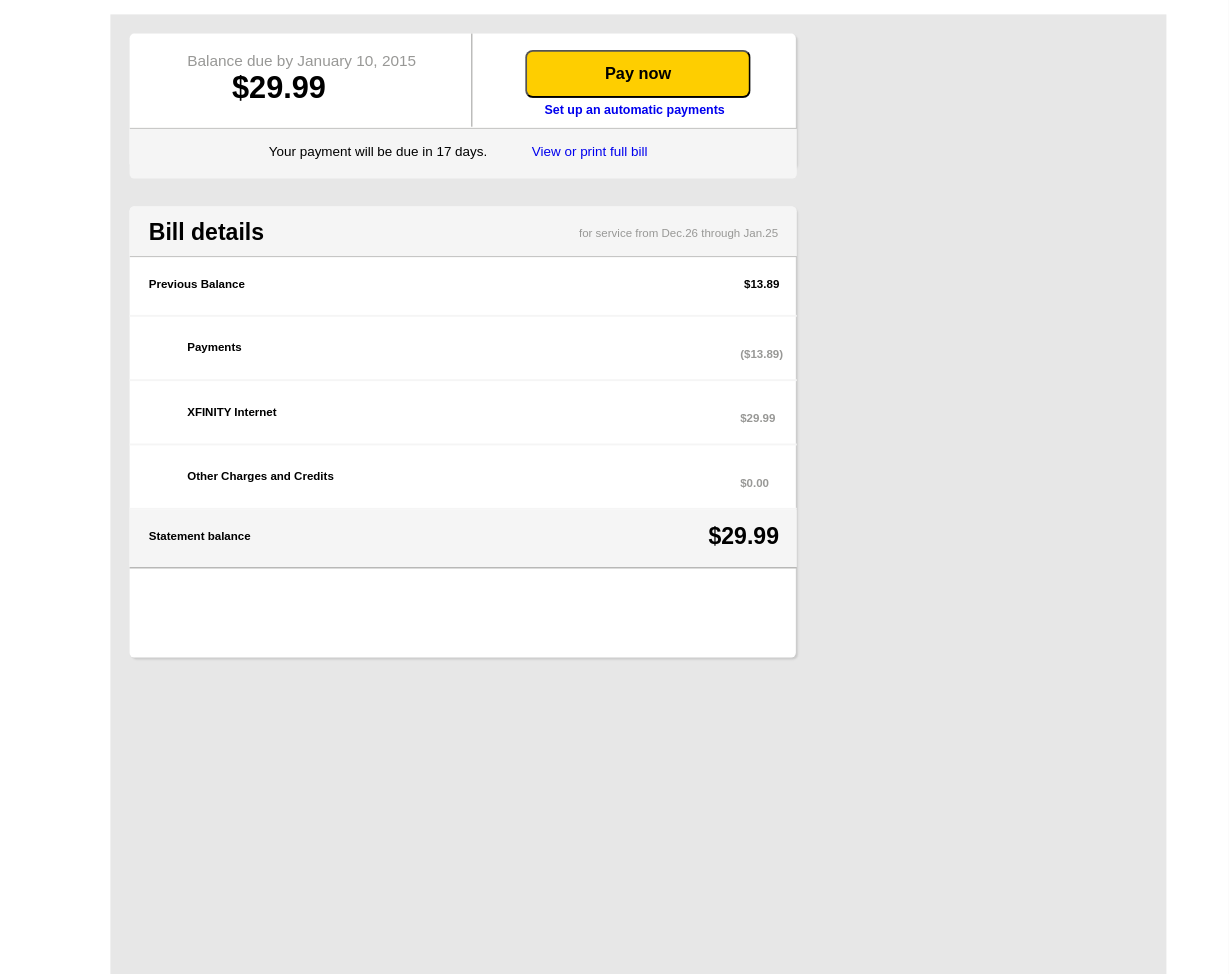
Repository: Sakivaday/UI-TSQ
Page: Aptana Studio 3 Workspace/tsq/assignment3/comcast2.html
An editor plug-in stored every save of this project. The page is shown before and after the next save, followed by the edit.
The browser window is 1280 px wide. The pictures show the whole page, at 96% of full size.
Pictures or frames that could not be fetched are drawn as grey boxes.

Above is the page before, as saved 2015-01-21 03:05:40.

### Aptana Studio 3 Workspace/tsq/assignment3/comcast2.html
<!DOCTYPE html>
<html lang="en">
	<head>


		<title>comcast2</title>
		<link href="comcst2.css" rel="stylesheet" type="text/css" media="all"/>
	</head>

	<body>
		<div class="bigbox">
			<div class="topleft1">

				<div class="cash">
					<p>Balance due by January 10, 2015</p>
					<h1>$29.99</h1>
				</div>
				<div class="pay">
					<button>Pay now</button>
					<a href="#">Set up an automatic payments</a>
				</div>
				<div class="days">
					<ul><li>
					<p>Your payment will be due in 17 days.
					<a href="#">View or print full bill</a></p>
				</li></ul>
				</div>
				</div>

			<div class="topleft2">
				<div class="billdetails">
					<h2>Bill details</h2>
					<div class="questionmark"></div>
					<p>for service from Dec.26 through Jan.25</p>
				</div>
			<div class="previousbalance">
				<p id="pb">Previous Balance</p>
				<p id="cc">$13.89</p>
			</div>
			<div class="rectbox1">
				<ul>
					<li>
						<div class="arrow"><p class="lft">Payments</p>
						</div>
						<p class="bill">($13.89)</p>
					</li></ul></div>

			<div class="rectbox1">	<ul>    <li>
						<div class="arrow"><p class="lft">XFINITY Internet</p>
						</div>
						<p class="bill">$29.99</p>
			</li></ul></div>
			<div class="rectbox1"><ul>		<li>
						<div class="arrow"><p class="lft">Other Charges and Credits</p>
						</div>
						<p class="bill">$0.00</p>
			</li></ul></div>
		<div class="statement">
					<p id="sb">Statement balance</p>
					<h2 id="p">$29.99</h2>
				</div>



			</div>



		</div>



	</body>
</html>

### Aptana Studio 3 Workspace/tsq/assignment3/comcst2.css
*{
	padding:0px;
	margin:0px;
	font-family: "Arial";
	text-decoration: none;
	list-style: none;
}
.bigbox {
	width:1100px;
	height: 1000px;
	margin-left:115px;
	margin-top: 15px;
	background-color: #e7e7e7;
}
.topleft1{
	width: 694px;
	height: 140px;
	background-color: white;
	box-shadow: 2px 2px 2px #cacaca;
	border-radius: 5px;
	margin-left: 20px;
	margin-top: 20px;
	display: inline-block;
}
.cash{
	float:left;
	margin-left: 30px;
	margin-top:20px;
	width: 47%;
}
.cash p{
	color: #989896;
	margin-left: 30px;
}
.cash h1{
	text-align: center;
	margin-left: -75px;
}
button{
	background-color: #fece00;
	width: 235px;
	height: 50px;
	border-radius: 8px;
	font-weight: bold;
	font-size: 17px;
	float:left;
	margin-left: 55px;
	margin-top: 17px;
}
.pay a{
	font-size: 13px;
	font-weight:600;
	margin-left: 75px;
	padding-top: 5px;
	padding-bottom: 10px;
	display: inline-block;
}
.pay{
	width: 47%;
	float:left;
	border-left: 1px solid #989896;
}
.days{
	background-color: #F5F5F5;
	border-top: 1px solid #989896;
	height: 52px;
	width: 695px;
	margin-top: 98px;
	border-radius: 0px 0px 5px 5px;
}
.days ul li p{
	margin-left: 145px;
	margin-top: 16px;
	font-size: 14px;
}
.days ul li a{
	font-size:14px;
	margin-left: 274px;
    display:inherit;
    margin-top: -17px;
}
.pdf{
	margin-left: 500px;
	margin-top: 16px;
	font-size: 14px;
}
.topleft2{
	width: 694px;
	height: 470px;
	background-color: white;
	box-shadow: 2px 2px 2px #cacaca;
	border-radius: 5px;
	margin-left: 20px;
	margin-top: 40px;
	display: inline-block;
}
.billdetails{
    background-color: #F5F5F5;
	border-bottom: 1px solid #989896;
	height: 52px;
	width: 695px;
	border-radius: 5px 5px 0px 0px;
}
.billdetails h2{
	margin-top: 13px;
	margin-left: 20px;
	float: left;
}
.questionmark{
	background: url('pictures/sprite.png') no-repeat;
	width:14px;
	height:14px;
	background-position: -200px -1300px;
	float: left;
	margin-top: 21px;
	margin-left: 10px;
}
.billdetails p{
	margin-top: -14px;
	margin-left: 328px;
	float:left;
	font-size: 12px;
	color: #989896;
}
.previousbalance{
	border-bottom: 2px solid #F5F5F5;
	height: 60px;
	width: 695px;
}
#pb{
	margin-left:20px;
	margin-top: 21px;
	font-weight:600;
	float:left;
	font-size: 12px;
}
#cc{
	margin-left:520px;
	margin-top: 21px;
	font-weight:600;
	float: left;
	font-size: 12px;
}
.arrow{
	background: url('pictures/sprite.png') no-repeat;
	width:23px;
	height:23px;
	background-position: -101px -500px;
	float: left;
	margin-top: 21px;
	margin-left: 20px;
}
.lft{
	float: left;
	margin-top: 4px;
	margin-left: 40px;
	font-weight:600;
	font-size: 12px;
	width: 160px;
}
.bill{
	float: left;
	margin-top: -12px;
	margin-left: 636px;
	font-weight:600;
	font-size: 12px;
	color: #989896;
	display:inline-block;
}
.rectbox1{
	border-bottom: 2px solid #F5F5F5;
	height: 65px;
	width: 695px;
}
.statement{
	border-bottom: 1px solid #989896;
	height: 60px;
	width: 695px;
	background-color: #F5F5F5;
}
#sb{
	margin-left:20px;
	margin-top: 21px;
	font-weight:600;
	float:left;
	font-size: 12px;
}
#p{
	margin-left: 603px;
	margin-top: -21px;
	float: left;
}

After the next save:
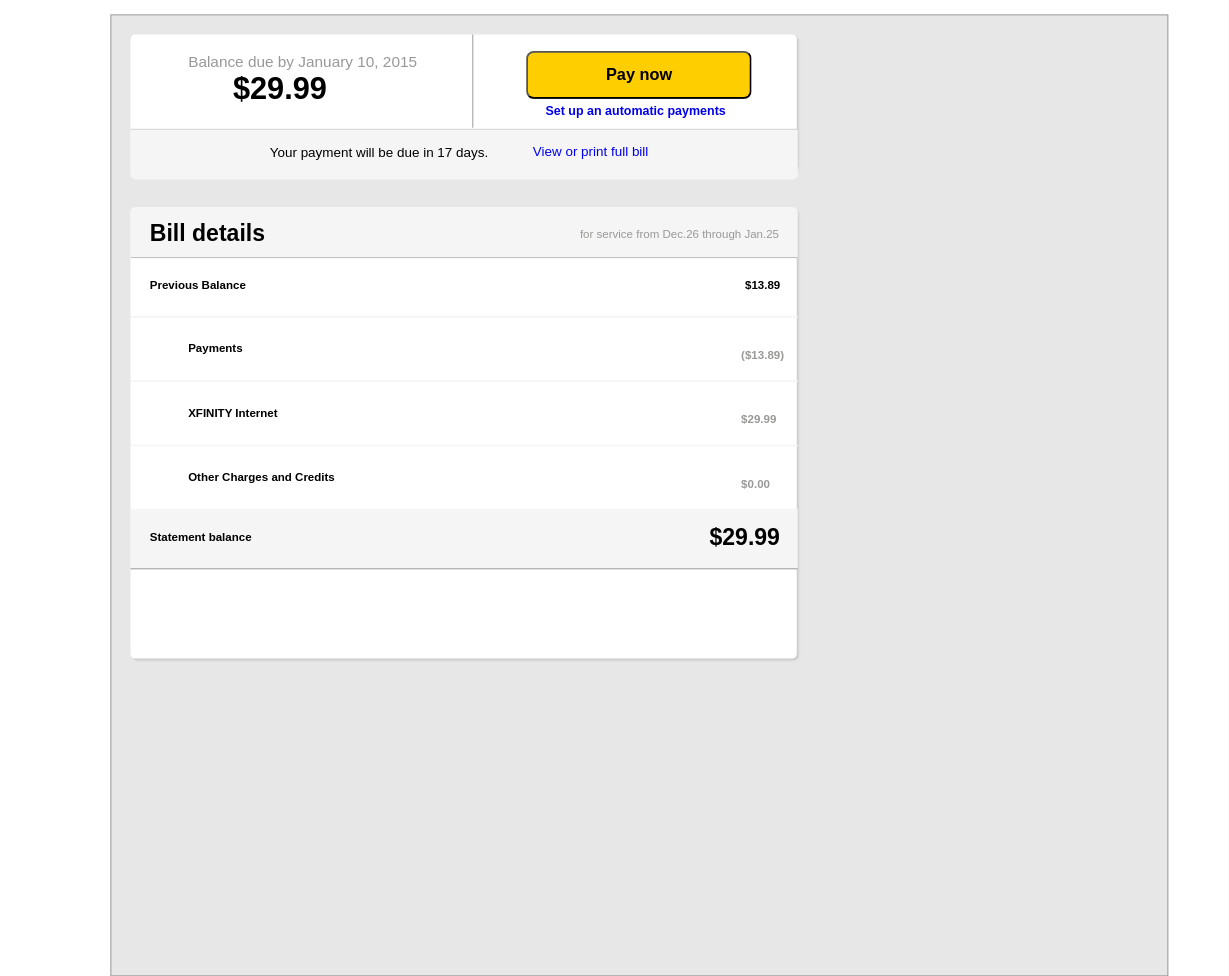
Saved 2 min 12 s later.
--- a/Aptana Studio 3 Workspace/tsq/assignment3/comcst2.css
+++ b/Aptana Studio 3 Workspace/tsq/assignment3/comcst2.css
@@ -11,6 +11,7 @@
 	margin-left:115px;
 	margin-top: 15px;
 	background-color: #e7e7e7;
+	border: 1px solid #989896;
 }
 .topleft1{
 	width: 694px;
